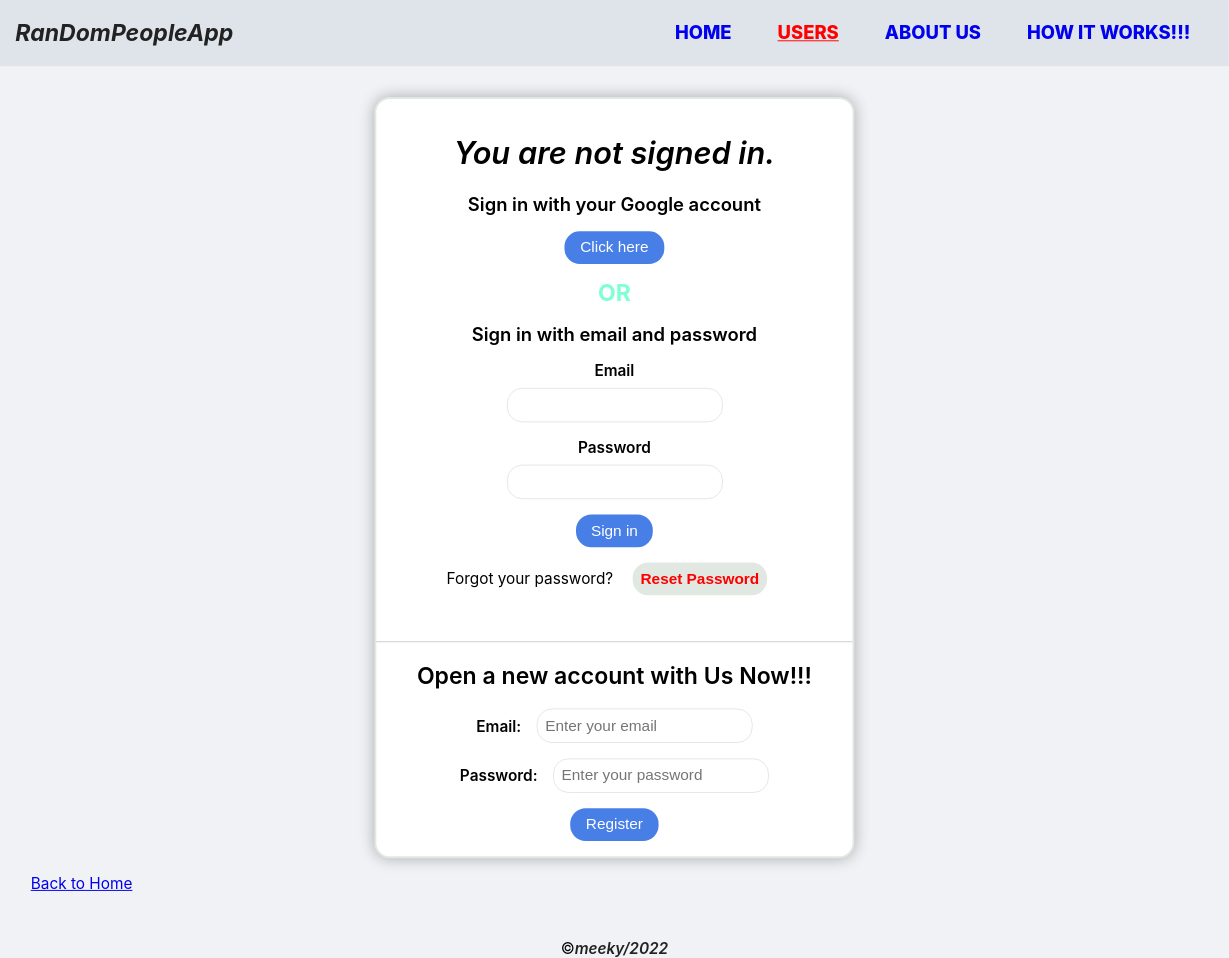
Repository: MikkyPrestige/RandomProfiles
Page: /profile
The author's editor kept a copy of each file at every save. The page is drawn from the files as they stood at one save, then again after the next save.
The browser window is 1280 px wide. The pictures show the whole page, at 96% of full size.
The project was rebuilt for these pictures with package versions that can differ from the ones it lists, and the page was loaded fresh each time. Also part of the build but not shown: src/assets/styles/home.css, src/components/home.jsx, src/components/users.jsx, src/assets/styles/search.css, src/components/search.jsx, src/assets/styles/help.css, src/components/help.jsx, src/assets/styles/about.css and 7 more.

Above is the page before, as saved 2022-12-03 05:56:13.

### public/index.html
<!DOCTYPE html>
<html lang="en">

<head>
  <meta charset="utf-8" />
  <link rel="icon" href="%PUBLIC_URL%/favicon.ico" />
  <meta name="viewport" content="width=device-width, initial-scale=1" />
  <meta name="theme-color" content="#000000" />
  <meta name="description" content="Web site created using create-react-app" />
  <link rel="apple-touch-icon" href="%PUBLIC_URL%/logo192.png" />
  <!--
      manifest.json provides metadata used when your web app is installed on a
      user's mobile device or desktop. See https://developers.google.com/web/fundamentals/web-app-manifest/
    -->
  <link rel="manifest" href="%PUBLIC_URL%/manifest.json" />
  <!--
      Notice the use of %PUBLIC_URL% in the tags above.
      It will be replaced with the URL of the `public` folder during the build.
      Only files inside the `public` folder can be referenced from the HTML.

      Unlike "/favicon.ico" or "favicon.ico", "%PUBLIC_URL%/favicon.ico" will
      work correctly both with client-side routing and a non-root public URL.
      Learn how to configure a non-root public URL by running `npm run build`.
    -->
  <title>AltSchool Assignment 2</title>
</head>

<body>
  <noscript>You need to enable JavaScript to run this app.</noscript>
  <div id="root"></div>
  <!--
      This HTML file is a template.
      If you open it directly in the browser, you will see an empty page.

      You can add webfonts, meta tags, or analytics to this file.
      The build step will place the bundled scripts into the <body> tag.

      To begin the development, run `npm start` or `yarn start`.
      To create a production bundle, use `npm run build` or `yarn build`.
    -->
</body>

</html>

### src/index.css
body {
  margin: 0;
  font-family: -apple-system, BlinkMacSystemFont, 'Segoe UI', 'Roboto', 'Oxygen',
    'Ubuntu', 'Cantarell', 'Fira Sans', 'Droid Sans', 'Helvetica Neue',
    sans-serif;
  -webkit-font-smoothing: antialiased;
  -moz-osx-font-smoothing: grayscale;
  background-color: #f1f2f6;
}

code {
  font-family: source-code-pro, Menlo, Monaco, Consolas, 'Courier New',
    monospace;
}

### src/App.jsx
import * as React from "react";
import { ErrorBoundary } from "react-error-boundary";
import { Route, Routes } from "react-router-dom";
import {
  Layout,
  Home,
  Users,
  Search,
  Help,
  About,
  Error,
  ErrorFallBack,
  Profile,
  ProfileDisplay,
  Register,
  UpdatePassword,
  Footer,
} from "./components";

const App = () => {
  return (
    <div className="App">
      <main>
        <ErrorBoundary FallbackComponent={ErrorFallBack}>
          <Layout />
          <Routes>
            <Route path="/" element={<Home />} />
            <Route path="users">
              <Route index element={<Users />} />
              <Route path=":id" element={<Search />} />
            </Route>
            <Route path="profile" element={<Profile />} />
            <Route path="profileDisplay" element={<ProfileDisplay />} />
            <Route path="register" element={<Register />} />
            <Route path="update" element={<UpdatePassword />} />
            <Route path="help" element={<Help />} />
            <Route path="about" element={<About />} />
            <Route path="*" element={<Error />} />
          </Routes>
        </ErrorBoundary>
        <Footer />
      </main>
    </div>
  );
};

export default App;

### src/components/index.js
export { default as Layout } from "./layout";
export { default as Home } from "./home";
export { default as Users } from "./users";
export { default as Search } from "./search";
export { default as Help } from "./help";
export { default as About } from "./about";
export { default as Error } from "./error";
export { default as ErrorFallBack } from "./errorFallback";
export { default as Profile } from "./profile";
export { default as ProfileDisplay } from "./profileDisplay";
export { default as Register } from "./register";
export { default as UpdatePassword } from "./update";
export { Footer } from "./avatar";

### src/components/layout.jsx
// LAYOUT COMPONENT - This component is for the App Layout that displays the Navigation bar in the app UI to the user when app is open

import { NavLink } from "react-router-dom";
import "../assets/styles/layout.css";

const CustomNavLink = ({ to, ...props }) => {
  let activeStyle = {
    textDecoration: 'underline',
    color: 'red',
  };

  return (
    <NavLink
      style={({ isActive }) =>
        isActive ? activeStyle : { textDecoration: 'none' }
      }
      to={to}
      end
      {...props}
    />
  );
};


const Layout = () => {

  return (
    <nav className="layout">
      <div className="app-header">
        <h1>RanDomPeopleApp</h1>
      </div>
      <div className="nav__items">
        <CustomNavLink to="/" className="nav__item">Home</CustomNavLink>
        <CustomNavLink to="profile" className="nav__item">Users</CustomNavLink>
        <CustomNavLink to="about" className="nav__item">About us</CustomNavLink>
        <CustomNavLink to="help" className="nav__item">How it works!!!</CustomNavLink>
      </div>
    </nav>
  );
}

export default Layout;

### src/components/profile.jsx
import {
  signInWithRedirect,
  auth,
  provider,
  getRedirectResult,
  onAuthStateChanged,
  createUserWithEmailAndPassword,
  signInWithEmailAndPassword,
  sendPasswordResetEmail,
} from "../config";
import { useEffect, useState } from "react";
import { Link, useNavigate } from "react-router-dom";
import { Avatar } from "./avatar";
import "../assets/styles/profile.css";

const Profile = () => {
  const [user, setUser] = useState(null);
  const [signedIn, setSignedIn] = useState(false);
  // sign in form state
  const [email, setEmail] = useState("");
  const [password, setPassword] = useState("");
  const [error, setError] = useState(null);
  // Register form state
  const [registerEmail, setRegisterEmail] = useState("");
  const [registerPassword, setRegisterPassword] = useState("");
  const [registerError, setRegisterError] = useState(null);

  const navigate = useNavigate();

// handle register form
  const handleRegister = (e) => {
    e.preventDefault();
    createUserWithEmailAndPassword(auth, registerEmail, registerPassword)
      .then(() => {
        // Signed in
        console.log("User account created & signed in!");
      })
      .catch((registerError) => {
        if (registerError.code === "auth/email-already-in-use") {
          setRegisterError("This email address is already in use!");
        }
        if (registerError.code === "auth/invalid-email") {
          setRegisterError("This email address is invalid!");
        }
        if (registerError.code === "auth/weak-password") {
          setRegisterError("Password should be at least 6 characters");
        }
        console.error(registerError);
      });
  };

  // sign in with email and password
  const handleSignIn = (e) => {
    e.preventDefault();
    signInWithEmailAndPassword(auth, email, password)
      .then(() => {
        console.log("User signed in!");
      })
      .catch((error) => {
        if (error.code === "auth/wrong-password") {
          setError("Wrong password!");
        }
        if (error.code === "auth/user-not-found") {
          setError("User not found!");
        }
        console.error(error);
      });
  };

  // handle sign In
  const signIn = (e) => {
    e.preventDefault();
    signInWithRedirect(auth, provider);
  };

   // Send a password reset email
   const handlePasswordReset = (e) => {
    e.preventDefault();
    sendPasswordResetEmail(auth, email)
      .then(() => {
        // console.log("Password reset email sent!");
        alert("Password reset email sent!");
      })
      .catch((error) => {
        const errorCode = error.code;
        const errorMessage = error.message;
        console.error(errorMessage);
        alert(errorCode);
      });
  };

  // Get redirect result
  useEffect(() => {
    getRedirectResult(auth)
      .then((result) => {
        if (result) {
          setSignedIn(true);
        } else {
          console.log("No user");
        }
      })
      .catch((error) => {
        console.log(error);
      });
  }, [navigate]);

  // Check auth state
  useEffect(() => {
    onAuthStateChanged(auth, (user) => {
      if (user) {
        navigate("/users");
      } else {
        setUser(null);
      }
    });
  }, [navigate]);

  return (
    <div className="profile">
      <div className="profile__container">
        <div className="profile__desc">
            <div className="profile__user">
              <div className="sign__wrapper">
                <h1 className="profile__title">You are not signed in.</h1>
                <h2 className="sign__heading">
                  Sign in with your Google account
                </h2>
                <button onClick={signIn} className="sign__btn">
                  Click here
                </button>
                <p className="or">OR</p>
                <h2 className="sign__heading">
                  Sign in with email and password
                </h2>
                <form onSubmit={handleSignIn} className="sign__form">
                  <label htmlFor="email" className="sign__label">
                    Email
                  </label>
                  <input
                    type="email"
                    name="email"
                    id="email"
                    value={email}
                    onChange={(e) => setEmail(e.target.value)}
                    className="sign__input"
                  />
                  <label htmlFor="password" className="sign__label">
                    Password
                  </label>
                  <input
                    type="password"
                    name="password"
                    id="password"
                    value={password}
                    onChange={(e) => setPassword(e.target.value)}
                    className="sign__input"
                  />
                  {error && <p className="error">{error}</p>}
                  <button type="submit" className="sign__btn">
                    Sign in
                  </button>
                </form>
                <div>
                  <span>Forgot your password? </span>
                  <button onClick={handlePasswordReset} className="btn">
                    Reset Password
                  </button>
                </div>
              </div>
              <div className="register__container">
                <h2 className="register__title">
                  Open a new account with Us Now!!!
                </h2>
                <form onSubmit={handleRegister} className="register__form">
                  <div className="register__group">
                    <label htmlFor="email" className="register__label">
                      Email:
                    </label>
                    <input
                      type="email"
                      name="email"
                      value={registerEmail}
                      placeholder="Enter your email"
                      onChange={(e) => setRegisterEmail(e.target.value)}
                      className="register__input"
                    />
                  </div>
                  <div className="register__group">
                    <label htmlFor="password" className="register__label">
                      Password:
                    </label>
                    <input
                      type="password"
                      name="password"
                      placeholder="Enter your password"
                      value={registerPassword}
                      onChange={(e) => setRegisterPassword(e.target.value)}
                      className="register__input"
                    />
                  </div>
                  { registerError && <p className="error">{registerError}</p> }
                  <button type="submit" className="sign__btn">
                    Register
                  </button>
                </form>
              </div>
            </div>
        </div>
      </div>
      <p className="register__text">
        <Link to="/" className="register__link">
          Back to Home
        </Link>
      </p>
    </div>
  );
};

export default Profile;

### src/components/avatar.jsx
// AVATAR COMPONENT - This component is for the Images used in the app.

import "../assets/styles/layout.css";

export const Avatar = ({ image = "", alt = "", style = {} }) => {
  return (
    <div className="avatar">
      <img src={image} alt={alt} style={style} />
    </div>
  );
};

// FOOTER COMPONENT - for the attribution

export const Footer = () => {
  return (
    <div className="attribution">
      <footer>
        &copy;
        <a
          href="https://github.com/MeekyBerry"
          target="_blank"
          rel="noreferrer"
          className="footer"
        >
          meeky/2022
        </a>
      </footer>
    </div>
  );
};

### src/assets/styles/layout.css
.layout {
  background-color: #dfe4ea;
  padding: 0rem 1rem;
  color: #222;
  display: flex;
  align-items: center;
  justify-content: space-between;
}

.app-header {
  font-style: italic;
}

.nav__items {
  display: flex;
  align-items: center;
  list-style: none;
  flex-wrap: wrap;
}

.nav__item {
  font-size: 1.2rem;
  font-weight: 800;
  padding: 1rem 1.5rem;
  text-transform: uppercase;
}

.attribution {
  text-align: center;
}

.footer {
  color: #222;
  text-decoration: none;
  cursor: pointer;
  font-style: italic;
  font-weight: 600;
}

### src/assets/styles/users.css
.users {
  background-color: #fff;
  border: 1px solid #ccc;
  border-radius: 0.5rem;
  padding: 1rem;
  margin: 1rem;
}

.users__heading {
  text-align: center;
  text-transform: uppercase;
  font-size: 1.5rem;
  font-weight: bold;
  margin-bottom: 1rem;
}

/* TOP BUTTON  */
.top__btn {
  display: flex;
  justify-content: space-between;
  align-items: center;
  margin-bottom: 1rem;
}

.cta {
  background-color: #fff;
  border: 1px solid #ccc;
  border-radius: 1rem;
  padding: 0.5rem;
  margin: 1rem;
  font-size: 1rem;
  font-weight: bold;
  cursor: pointer;
}

.page__num {
  background-color: #7fffd4;
  color: #fff;
  border: none;
  border-radius: 50%;
  padding: 0.5rem;
  font-size: 1.5rem;
  font-weight: bold;
  cursor: pointer;
}

.users__list {
  list-style: none;
  padding: 2rem;
  margin: 1rem auto;
  width: 85%;
  display: grid;
  grid-template-columns: repeat(3, minmax(200px, 1fr));
  grid-gap: 3rem;
}

.user__items {
  padding: 1rem;
  border-bottom: 1px solid #ccc;
}

.user__item {
  background-color: #fff;
  border: 1px solid #ccc;
  border-radius: 0.5rem;
  padding: 1rem;
}

.user__img {
  width: 80%;
  border-radius: 10%;
  margin-left: 1rem;
}

/* BUTTON BELOW */
.bottom__btn {
  display: flex;
  justify-content: center;
  align-items: center;
}

.btn {
  background-color: #1e90ff;
  color: #f1f2f6;
  border: none;
  border-radius: 1rem;
  padding: 0.5rem 1rem;
  margin: 1rem;
  font-size: 1rem;
  font-weight: bold;
  cursor: pointer;
}

.active:hover {
  background-color: #ced6e0;
  color: #1e90ff;
}

.active:active {
  background-color: #70a1ff;
  color: #ced6e0;
}

.btn__array {
  padding: 0.5rem;
  margin: 0.5rem;
  font-size: 1rem;
  font-weight: bold;
  border-radius: 0.5rem;
  border: none;
  cursor: pointer;
}

.pagination {
  text-align: center;
}

.search__box {
  display: flex;
  justify-content: center;
  align-items: center;
}

.search__link {
  background-color: #fff;
  border: 1px solid #ccc;
  color: #1e90ff;
  border-radius: 1rem;
  width: 18rem;
  padding: 0.5rem;
  margin: 1rem;
  font-size: 1rem;
  font-weight: bold;
  cursor: pointer;
  text-align: center;
  text-decoration: none;
  animation: search 1s ease-in-out infinite;
}

.search__link:hover {
  background-color: #1e90ff;
  color: #fff;
  animation: none;
}

.search__link:active {
  background-color: #70a1ff;
  color: #fff;
  animation: none;
}

@keyframes search {
  0% {
    transform: scale(1);
  }

  50% {
    transform: scale(1.2);
  }

  100% {
    transform: scale(1);
  }
}

### src/assets/styles/profile.css
.profile {
  padding: 2rem;
  height: 100%;
}

.or {
  font-size: 1.5rem;
  color: #7fffd4;
  font-weight: bold;
  margin: 1rem 0;
}

.profile__container {
  display: flex;
  flex-direction: column;
  align-items: center;
  justify-content: center;
}

.profile__desc {
  text-align: center;
  max-width: 500px;
  width: 100%;
}

.profile__user {
  background-color: #fff;
  border: 2px solid #e1e8e1;
  border-radius: 1rem;
  box-shadow: 0 0 1rem rgba(0, 0, 0, 0.3);
  padding: 1rem 0;
}

.profile__title {
  font-size: 2rem;
  font-weight: 600;
  font-style: oblique;
}

.profile__detail {
  font-size: 1.2rem;
  font-weight: 400;
}

.profile__link {
  font-size: 1.2rem;
  font-weight: 600;
  background-color: #0651dd;
  color: #f1f2f6;
  padding: 0.5rem;
  border-radius: 0.5rem;
  text-decoration: none;
}

.profile__link:hover {
  background-color: #1550bd;
  color: #fff;
  text-decoration: underline;
}

.btn__wrapper {
  display: flex;
  justify-content: center;
  align-items: center;
  gap: 5rem;
  margin-top: 1rem;
}

.btn {
  background-color: #e1e8e1;
  color: red;
  border: none;
  border-radius: 1rem;
  padding: .5rem;
  font-size: 1rem;
  cursor: pointer;
}

.btn:hover {
  background-color: #d1d8d1;
  color: #0651ddbb;
}

.btn:active {
  background-color: #c1c8c1;
  color: #0651ddbb;
}

.sign__btn {
  background-color: #0651ddbb;
  color: #fff;
  border: none;
  border-radius: 1rem;
  padding: .5rem 1rem;
  font-size: 1rem;
  cursor: pointer;
}

.sign__btn:hover {
  background-color: #0651dd;
  color: #fff;
}

.sign__btn:active {
  background-color: #0651dd;
  color: #fff;
}

.sign__heading {
  font-size: 1.2rem;
  font-weight: 600;
  text-align: center;
  margin-bottom: 1rem;
}

.sign__form {
  display: flex;
  flex-direction: column;
  justify-content: center;
  align-items: center;
}

.sign__label {
  font-size: 1rem;
  font-weight: 600;
  margin-bottom: .5rem;
}

.sign__input {
  border: 1px solid #e1e8e1;
  border-radius: 1rem;
  padding: .5rem;
  font-size: 1rem;
  margin-bottom: 1rem;
}

.sign__input:focus {
  outline: none;
}

.register__container {
  margin-top: 2rem;
  border-top: 1px solid #ccc;
}

.register__title {
  font-size: 1.5rem;
  font-weight: 600;
}

.register__group {
  display: flex;
  justify-content: center;
  align-items: center;
  gap: 1rem;
  margin: 1rem;
}

.register__label {
  font-size: 1rem;
  font-weight: 600;
}

.register__input {
  border: 1px solid #e1e8e1;
  border-radius: 1rem;
  padding: .5rem;
  font-size: 1rem;
}

.register__input:focus {
  outline: none;
}

.error {
  color: red;
  font-size: 1rem;
  font-weight: 600;
  margin-top: -.8rem;
}

Loaded but not shown: src/index.js (common file); src/config/index.js (47 lines, source omitted)

After the next save:
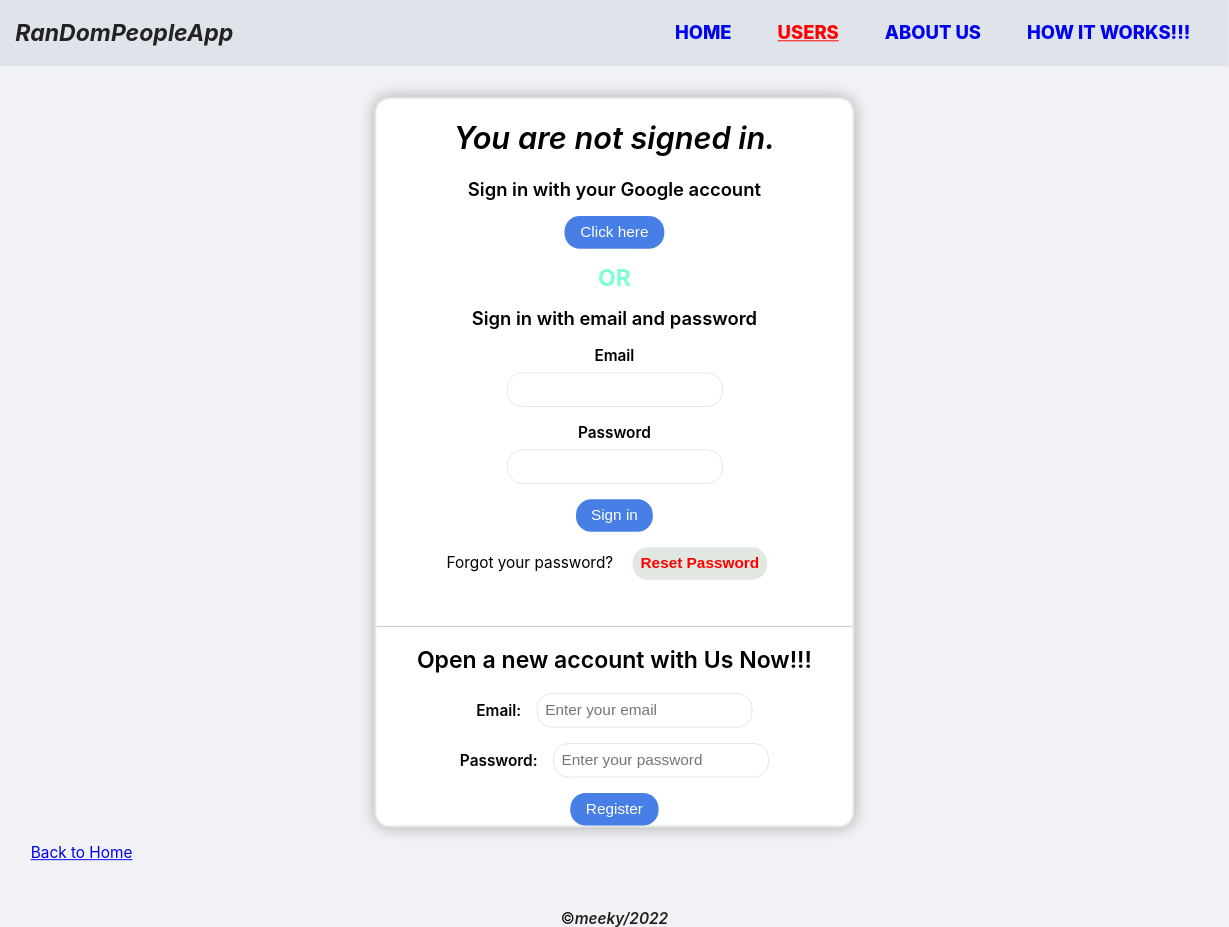
Saved 21 s later.
--- a/src/assets/styles/profile.css
+++ b/src/assets/styles/profile.css
@@ -28,7 +28,7 @@
   border: 2px solid #e1e8e1;
   border-radius: 1rem;
   box-shadow: 0 0 1rem rgba(0, 0, 0, 0.3);
-  padding: 1rem 0;
+  /* padding: 1rem 0; */
 }
 
 .profile__title {

After the save that followed:
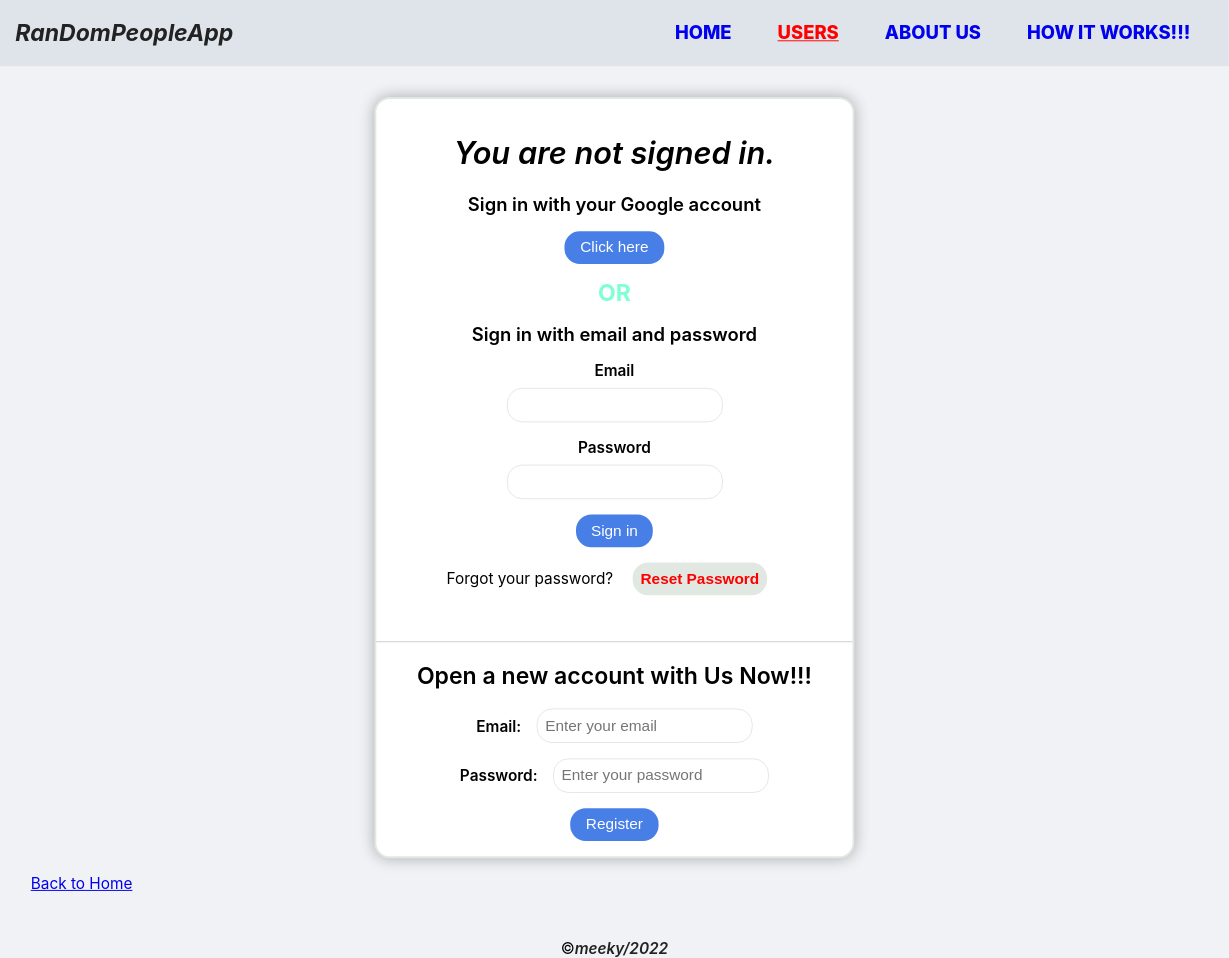
Saved 6 s later.
--- a/src/assets/styles/profile.css
+++ b/src/assets/styles/profile.css
@@ -28,7 +28,7 @@
   border: 2px solid #e1e8e1;
   border-radius: 1rem;
   box-shadow: 0 0 1rem rgba(0, 0, 0, 0.3);
-  /* padding: 1rem 0; */
+  padding: 1rem 0;
 }
 
 .profile__title {
